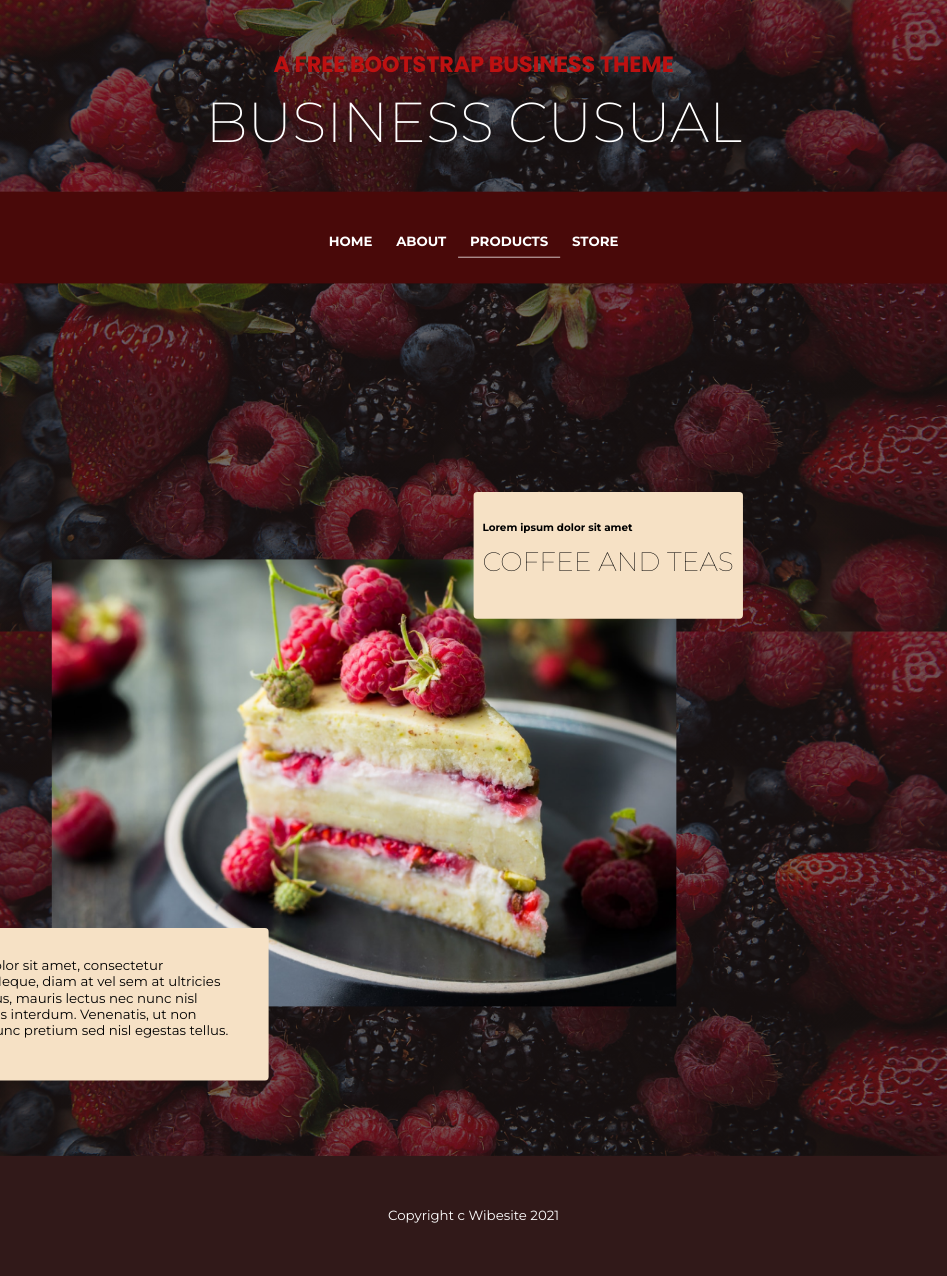
Repository: wadelfadill/tache_7_Business_bootstrap_theme
Page: product.html
These files come from the project's save history. The page is drawn as it stood at one moment and after the next save; the edit follows.
The browser window is 1280 px wide. The pictures show the whole page, at 74% of full size.
Backgrounds fixed to the window are drawn as part of the page.

Above is the page before, as saved 2023-04-28 12:14:20.

### product.html
<!DOCTYPE html>
<html lang="en">
<head>
    <meta charset="UTF-8">
    <meta http-equiv="X-UA-Compatible" content="IE=edge">
    <meta name="viewport" content="width=device-width, initial-scale=1.0">
    <!------ title of website ------>
    <title>Business website</title>
    <!------ Bootstrap cdn link ------>
    <link href="https://cdn.jsdelivr.net/npm/bootstrap@5.1.3/dist/css/bootstrap.min.css" rel="stylesheet" integrity="sha384-1BmE4kWBq78iYhFldvKuhfTAU6auU8tT94WrHftjDbrCEXSU1oBoqyl2QvZ6jIW3" crossorigin="anonymous">
    <!------- css link -------------->
    <link rel="stylesheet" href="css/style.css">
    <link rel="stylesheet" href="css/product_style.css">
    <!---------Google Fonts links ---------->
    <link rel="preconnect" href="https://fonts.googleapis.com">
    <link rel="preconnect" href="https://fonts.gstatic.com" crossorigin>
    <link href="https://fonts.googleapis.com/css2?family=Montserrat:wght@100;200;400;700&family=Poppins:wght@700&display=swap" rel="stylesheet">

</head>
<body>
    <!-- ========== Start Header Section ========== -->
    <header id="header">
        <h2 class="first_title text-center">A FREE BOOTSTRAP BUSINESS THEME</h2>
        <h1 class="second_title text-center">BUSINESS CUSUAL</h1>
        <!-- ========== Start navbar  Section ========== -->
        <nav class="my-auto mt-5">
            <div class="container my-auto">
                <ul class="nav justify-content-center">
                    <li class="nav-item">
                      <a class="nav-link" aria-current="page" href="index.html">HOME</a>
                    </li>
                    <li class="nav-item">
                      <a class="nav-link" href="about.html">ABOUT</a>
                    </li>
                    <li class="nav-item">
                      <a class="nav-link active" href="product.html">PRODUCTS</a>
                    </li>
                    <li class="nav-item">
                      <a class="nav-link" href="store.html">STORE</a>
                    </li>
                </ul>
            </div>
        </nav>
        <!-- ========== End navbar  Section ========== -->
    </header>
    <!-- ========== End Header Section ========== -->
    <!-- ========== Start Main Section ========== -->
    <main>
      <!-- ========== Start First Section ========== -->
      <section id="first_section">
        <div class="container">
          <div class="row justify-content-start gap-0 align-items-center position-relative">
            <!-- <div class="col photo_fisrt position-relative">
              <div class="box-top position-relative top-0 start-100 translate-middle">
                <p class="p1">Lorem ipsum dolor sit amet</p>
                <p class="p2">COFFEE AND TEAS</p>
              </div>
              <div class="box-bottom">
                <p>Lorem ipsum dolor sit amet, consectetur <br>
                  adipiscing elit. Neque, diam at vel sem at ultricies <br>
                  aliquet. Quis risus, mauris lectus nec nunc nisl <br>
                  aliquam faucibus interdum. Venenatis, ut non <br>
                  commodo in. Nunc pretium sed nisl egestas tellus.</p>
              </div>
            </div> -->
            <div class="box-top m-0">
              <p class="p1">Lorem ipsum dolor sit amet</p>
              <p class="p2">COFFEE AND TEAS</p>
            </div>
            <div class="image m-0 p-0">
              <img src="images/gateau-p.png" alt="" class="img-fluid">
            </div>
            <div class="box-bottom">
              <p>Lorem ipsum dolor sit amet, consectetur <br>
                adipiscing elit. Neque, diam at vel sem at ultricies <br>
                aliquet. Quis risus, mauris lectus nec nunc nisl <br>
                aliquam faucibus interdum. Venenatis, ut non <br>
                commodo in. Nunc pretium sed nisl egestas tellus.</p>
            </div>
          </div>
        </div>
      </section>
      <!-- ========== End First Section ========== -->
    </main>
    <!-- ========== End Main Section ========== -->
    <footer id="footer">
        <p class="text-center">Copyright c Wibesite 2021</p>
    </footer>



    <!------ Bootstrap script -------->
    <script src="https://cdn.jsdelivr.net/npm/bootstrap@5.1.3/dist/js/bootstrap.bundle.min.js" integrity="sha384-ka7Sk0Gln4gmtz2MlQnikT1wXgYsOg+OMhuP+IlRH9sENBO0LRn5q+8nbTov4+1p" crossorigin="anonymous"></script>
</body>
</html>

### css/style.css
/* ===== General ====== */

:root{
    --red-color: #BD1111;
    --bg-red:#490909;
    --white-color: #FFFFFF;
    --black-color: #000000;
    --bg-beize:#F6E1C5;
    --bg-red-black: #311919;
    --bg-red-opac:rgba(165, 52, 43, 0.69);
    --red-border: #CD5449;
}
*{
    margin: 0;
    padding: 0;
}
body{
    padding: 0;
    margin: 0;
    background-image: linear-gradient(rgba(34, 24, 24, 0.6), rgba(34, 24, 24, 0.6)), url("../images/1.jpeg");
    background-position: center;
    background-size: cover;
    background-repeat: no-repeat;
    background-attachment: fixed;
}
/* ===== squelette ====== */
/* ===== header section ====== */
/* ===== header titles ======= */
#header .first_title{
    font-family: 'Poppins';
    font-style: normal;
    font-weight: 700;
    font-size: 30px;
    line-height: 45px;
    color: var(--red-color);
    margin-top: 65px;
}
#header .second_title{
    font-family: 'Montserrat';
    font-style: normal;
    font-weight: 200;
    font-size: 76px;
    line-height: 93px;
    color: var(--white-color);
}
/* ====== header navbar ======*/
#header nav{
    background: var(--bg-red);
    height: 124px;
}
#header nav ul li{
    margin-top: 48px;
}
#header nav a{
    font-family: 'Montserrat';
    font-style: normal;
    font-weight: 700;
    font-size: 18px;
    line-height: 22px;
    color: var(--white-color);
}
#header nav a.active{
    padding-bottom: 10px;
    border-bottom: 1px solid white;
}
/* ==== Main section ==========*/
/* main{
    height: 1000px;
} */
/* ====== footer section ====== */
#footer{
    height: 162px;
    background: var(--bg-red-black);
    padding-top: 70px;
}
#footer p{
    font-family: 'Montserrat';
    font-style: normal;
    font-weight: 400;
    font-size: 18px;
    line-height: 22px;
    color: var(--white-color);
}


/* ===== responsive css ======*/
@media screen and (max-width:550px) {
    #header .second_title{
        font-size: 30px;
    }
    #header nav{
        height: max-content;
        padding-bottom: 40px;
    }
}

### css/product_style.css
/* ===== General ====== */

:root{
    --red-color: #BD1111;
    --bg-red:#490909;
    --white-color: #FFFFFF;
    --black-color: #000000;
    --bg-beize:#F6E1C5;
    --bg-red-black: #311919;
    --bg-red-opac:rgba(165, 52, 43, 0.69);
    --red-border: #CD5449;
}


/* ==========first section ========= */
#first_section{
    margin-top: 202px;
    margin-bottom: 202px;
    width: 100%;
}
#first_section .photo_fisrt{
    max-width: 844px;
    height: 604px;
    background: url("../images/gateau-p.png");
    background-size: cover;
    background-repeat: no-repeat;
    align-self: center;
}
.box-top{
    max-width: 413px;
    min-height: 150px;
    background: var(--bg-beize);
    padding-top: 39px;
    padding-bottom: 39px;
    border-radius: 5px;
    width: max-content;
    position: relative;
    bottom: -80px !important;
    left: 50%;
}
.box-top .p1{
    font-family: 'Montserrat';
    font-style: normal;
    font-weight: 600;
    font-size: 14px;
    line-height: 17px;
    color: #000000;
}
.box-top .p2{
    font-family: 'Montserrat';
    font-style: normal;
    font-weight: 100;
    font-size: 36px;
    line-height: 44px;
    color: #000000;
}
.box-bottom{
    max-width: 521px;
    min-height: 189px;
    padding-top: 40px;
    padding-bottom: 40px;
    position: absolute;
    bottom: -100px;
    left: -20%;
    background: var(--bg-beize);
    border-radius: 5px;
}
.box-bottom p{
    font-family: 'Montserrat';
    font-style: normal;
    font-weight: 400;
    font-size: 18px;
    line-height: 22px;
    color: #000000;
}

/* ============== responsive css ================ */
@media screen and (max-width:1200px) {
    #first_section .box-bottom{
        left: 50px;
    }
    #first_section .box-top{
        left: 300px !important;
    }

}
@media screen and (max-width:578px) {
    #first_section .box-bottom{
        left: 0px;
        width: auto;
        bottom: 100px;
    }
    #first_section .box-top{
        left: 200px !important;
        width: 70%;
    }
    #first_section .box-top .p1{
        font-size: 10px;
    }
    #first_section .box-top .p2{
        font-size:20px;
    }
    #first_section .photo_fisrt{
        background-size: contain;
    }
}
@media screen and(max-width:400px) {
    #first_section .box-top .p1{
        font-size: auto;
    }
    #first_section .box-top .p2{
        font-size: auto;
    }
    #first_section .box-top{
        left: -100px !important;
        width: 70%;
    }
}

After the next save:
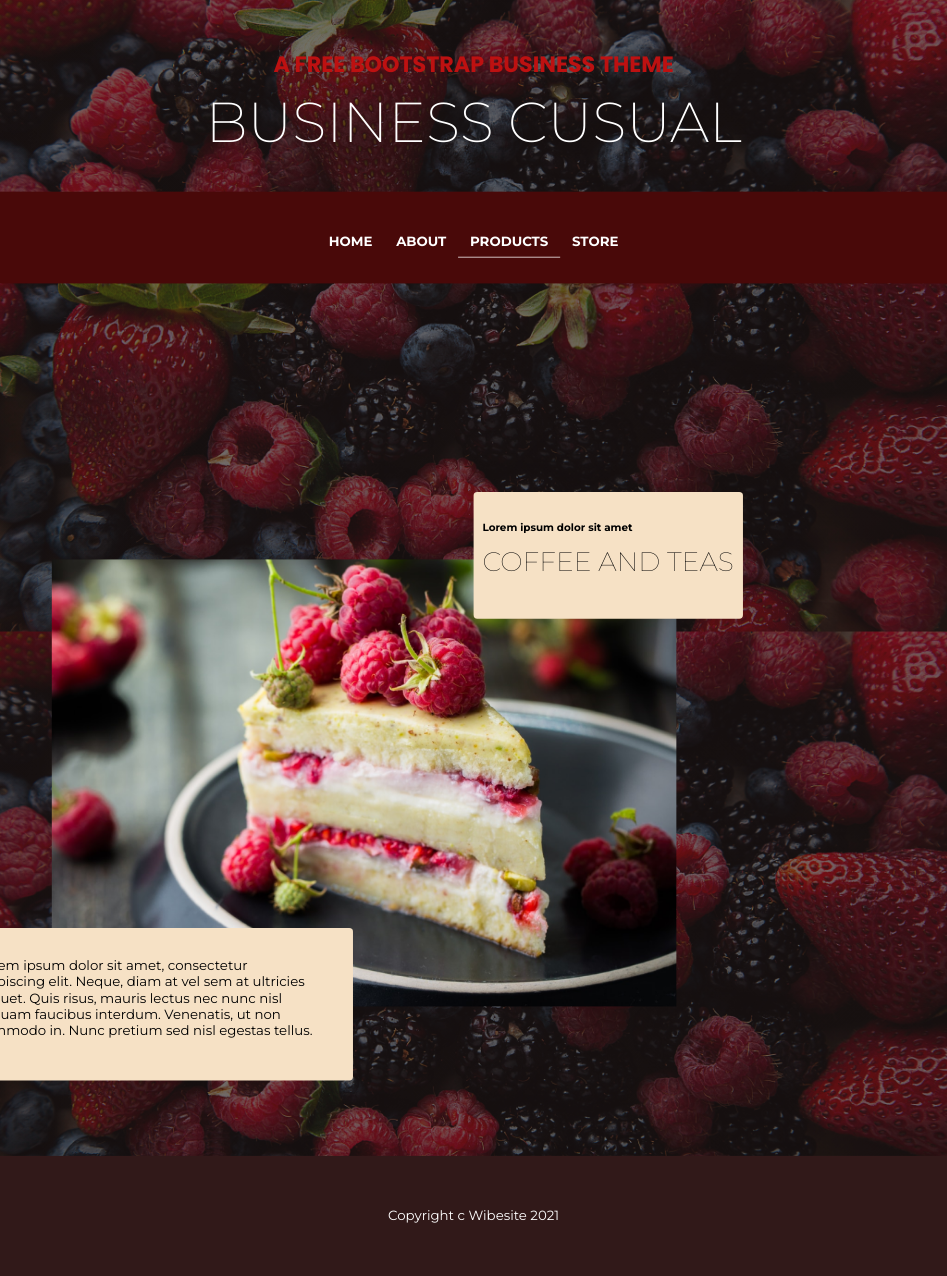
Saved 17 s later.
--- a/css/product_style.css
+++ b/css/product_style.css
@@ -61,7 +61,7 @@
     padding-bottom: 40px;
     position: absolute;
     bottom: -100px;
-    left: -20%;
+    left: -10%;
     background: var(--bg-beize);
     border-radius: 5px;
 }
